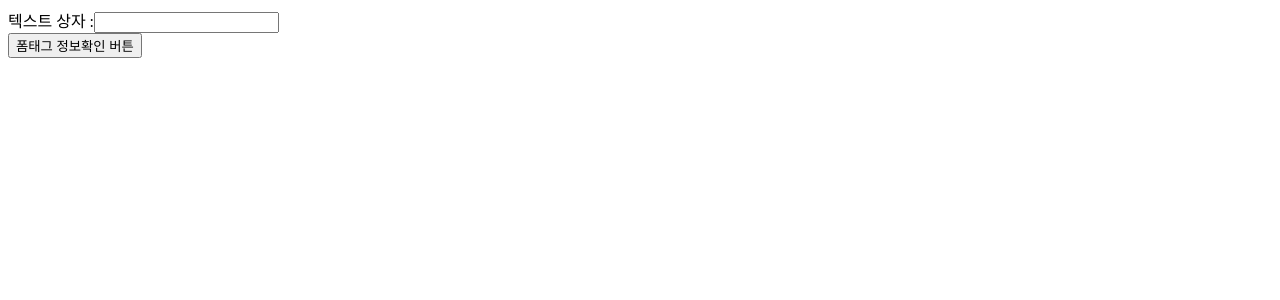
Repository: hololog/workspace_jsp1
Page: JspStudy/src/main/webapp/js1/test14.html
These files come from the project's save history. The page is drawn as it stood at one moment and after the next save; the edit follows.
The browser window is 1280 px wide. The pictures show the whole page.

Above is the page before, as saved 2021-12-09 08:17:47.

### JspStudy/src/main/webapp/js1/test14.html
<!DOCTYPE html>
<html>
<head>
<meta charset="UTF-8">
<title>js1/test14.html</title>
<script type="text/javascript">
//내장객체 window 윈도우창  - location 주소줄
//- history 방문기록
//- document html 틀 - image , ..
//                  - form - text,password,textarea
//                       - radio, checkbox
//                       - select

//내장객체 window 생략가능
//내장객체 window.document.form => 큰 주제 : html문서안에 있는 폼태그 제어
//내장객체 window.document.form => 멤버변수
//       action 하이퍼링크 연결페이지 저장하는 변수 ,
//       method 데이터 전송방식 저장하는 변수,
//       멤버함수(메서드)
//       submit() 폼의 내용을 들고 서버 전송 기능
//       reset() 초기화 기능
//내장객체 호출    =>document.폼이름.action, document.폼이름.method,
//document.폼이름.submit(), document.폼이름.reset()
</script>
</head>
<body>
<form action="a.jsp" method="get" name="fr">
텍스트 상자 :<input type="text" name="id"><br>
<input type="button" value="폼태그 정보확인 버튼" onclick="f1()"><br>
</form>
</body>
</html>

After the next save:
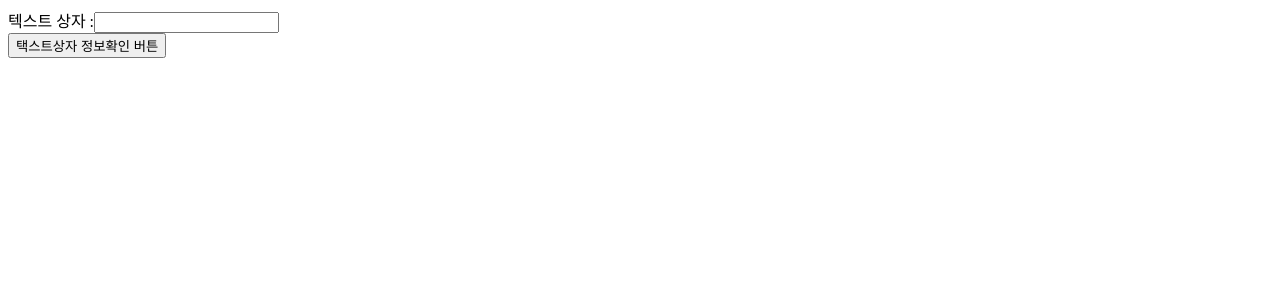
Saved 57 s later.
--- a/JspStudy/src/main/webapp/js1/test14.html
+++ b/JspStudy/src/main/webapp/js1/test14.html
@@ -26,7 +26,7 @@
 <body>
 <form action="a.jsp" method="get" name="fr">
 텍스트 상자 :<input type="text" name="id"><br>
-<input type="button" value="폼태그 정보확인 버튼" onclick="f1()"><br>
+<input type="button" value="택스트상자 정보확인 버튼" onclick="f1()"><br>
 </form>
 </body>
 </html>
